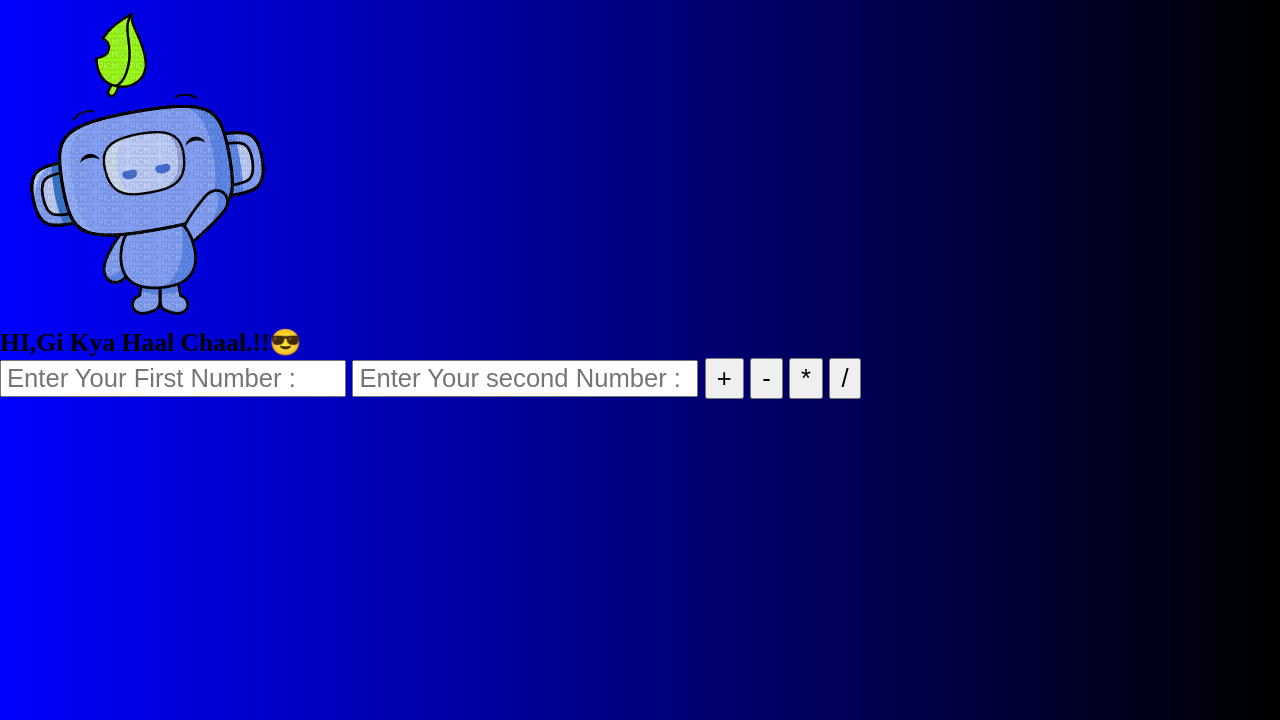
Repository: Deepak-Mane1902/simple-Calculator-using-JSP-Servlet
Page: http://localhost/webProject/
These files come from the project's save history. The page is drawn as it stood at one moment and after the next save; the edit follows.
The browser window is 1280 px wide. The pictures show the whole page.
The page is served by Tomcat 9. Other server files are loaded and not shown.

Above is the page before, as saved 2024-12-15 06:44:44.

### webProject/src/main/webapp/index.html
<!DOCTYPE html>
<html>
<head>
<meta charset="UTF-8">
<title>Insert title here</title>
<link rel="stylesheet" href="style.css" >
</head>
<body>
<main>
<img src="images/gip.gif" />
<h1>HI,Gi Kya Haal Chaal.!!😎</h1>
<form>
<input name="firstNum" placeholder="Enter Your First Number : " required/>
<input name="secondNum" placeholder="Enter Your second Number : " required/>
<button>+</button>
<button>-</button>
<button>*</button>
<button>/</button>

</form>
</main>
</body>
</html>

### webProject/src/main/webapp/style.css
*{
	margin:0;
	padding:0;
	font-size:2vw;
}
html,body{
	width:100%;
	height:100%;
		background:linear-gradient(to right, blue,black);
}
main{

}
img{
	width:25%;
}
h1{
	position:relative;
}
input{
	font-size:2vw;
	padding:2px 5px;
}
button{
	text-align:center;
	padding: 4px 10px;
}

After the next save:
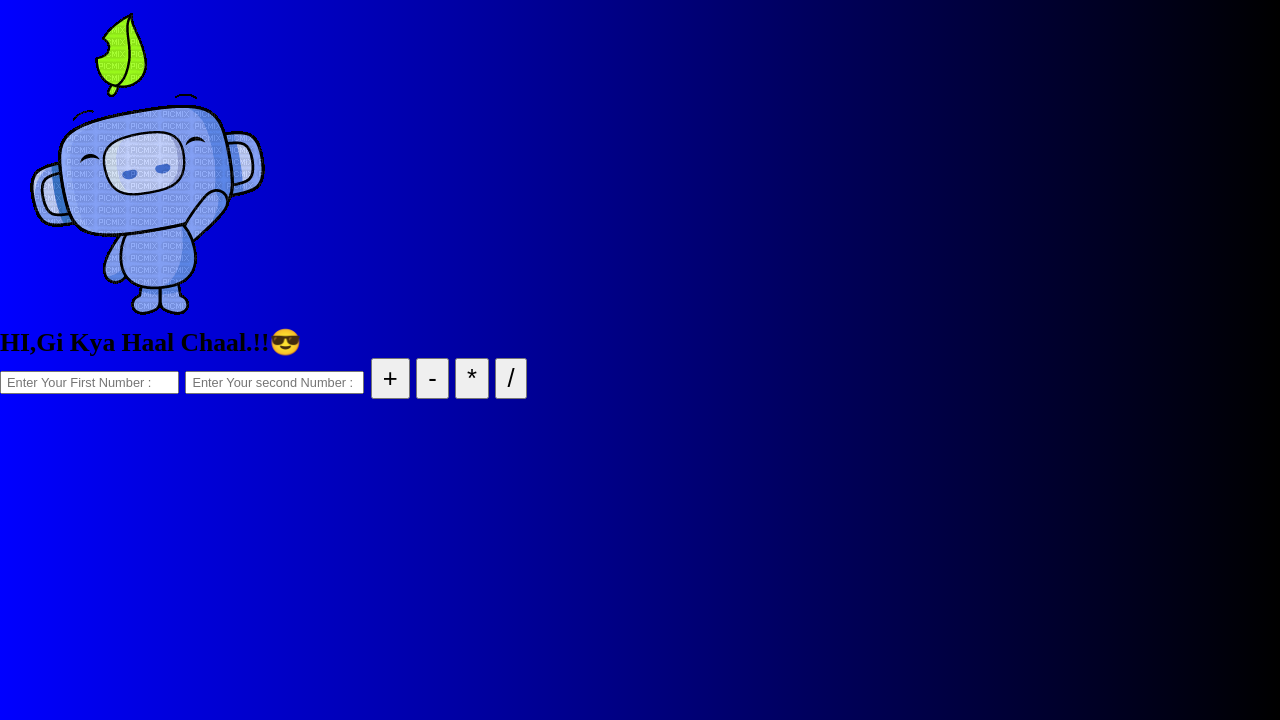
Saved 19 s later.
--- a/webProject/src/main/webapp/style.css
+++ b/webProject/src/main/webapp/style.css
@@ -18,7 +18,7 @@
 	position:relative;
 }
 input{
-	font-size:2vw;
+	font-size:1vw;
 	padding:2px 5px;
 }
 button{
